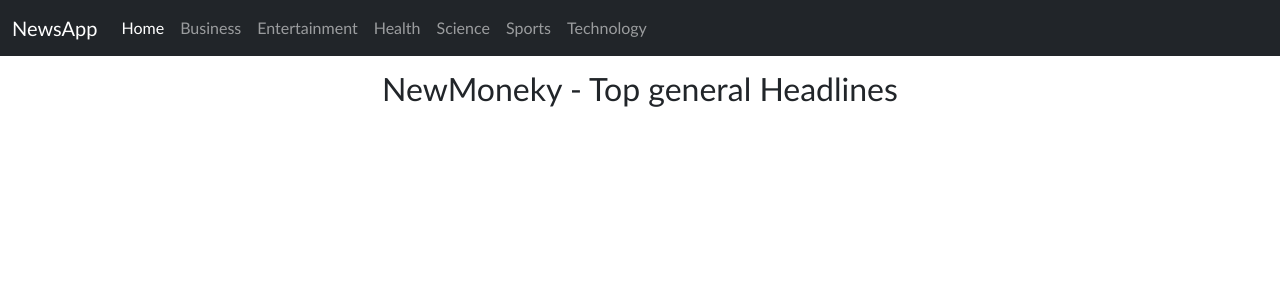
Repository: DipeshRaval/NewsApp-react
Page: /
These files come from the project's save history. The page is drawn as it stood at one moment and after the next save; the edit follows.
The browser window is 1280 px wide. The pictures show the whole page.
The page's requests for data from a server got no answer. The project was rebuilt for these pictures with package versions that can differ from the ones it lists, and the page was loaded fresh each time. No one was signed in, and anything a server would have sent is missing. Also part of the build but not shown: src/Components/NewsItem.js.

Above is the page before, as saved 2023-01-29 01:32:47.

After the next save:
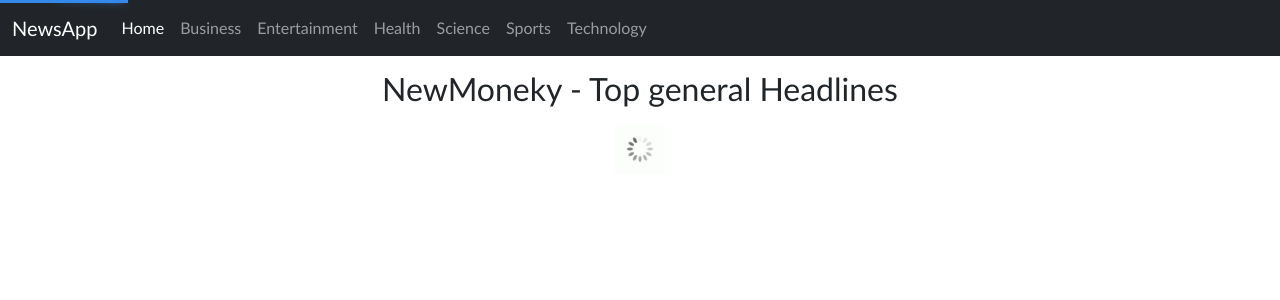
Saved 60 s later.
--- a/src/Components/News.js
+++ b/src/Components/News.js
@@ -44,11 +44,10 @@
     setLoading(false)
   };
 
-
-  async function componentDidMount() {
+  useEffect(() => {
     updateNews(page);
-    // document.title = `News24/7 - ${capitalizeFirstLetter(props.category)}`
-  }
+    document.title = `News24/7 - ${capitalizeFirstLetter(props.category)}`
+  });
 
   function capitalizeFirstLetter(string) {
     return string.charAt(0).toUpperCase() + string.slice(1);

After the save that followed:
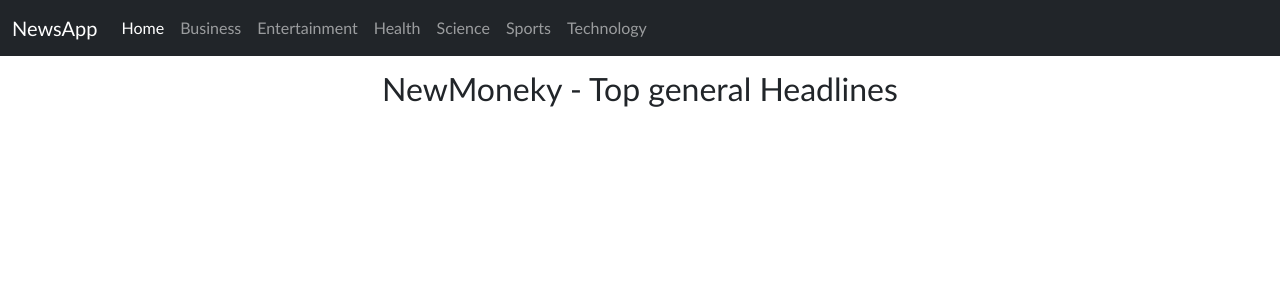
Saved 57 s later.
--- a/src/Components/News.js
+++ b/src/Components/News.js
@@ -45,7 +45,7 @@
   };
 
   useEffect(() => {
-    updateNews(page);
+    // updateNews(page);
     document.title = `News24/7 - ${capitalizeFirstLetter(props.category)}`
   });
 
